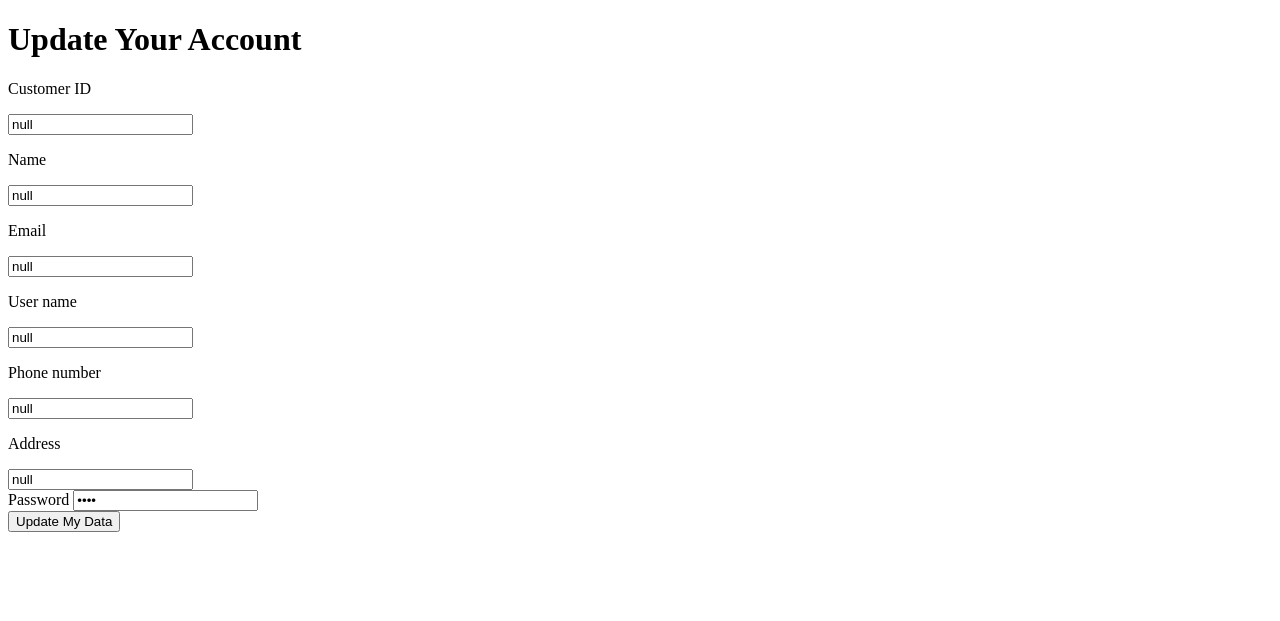
Repository: GamithaManawadu/RentJet-Online-Vehicle-Rental-System
Page: http://localhost/CustomerRegistration/updatecustomer.jsp
An editor plug-in stored every save of this project. The page is shown before and after the next save, followed by the edit.
The browser window is 1280 px wide. The pictures show the whole page.
The page is served by Tomcat 9.

Above is the page before, as saved 2020-05-12 12:21:29.

After the next save:
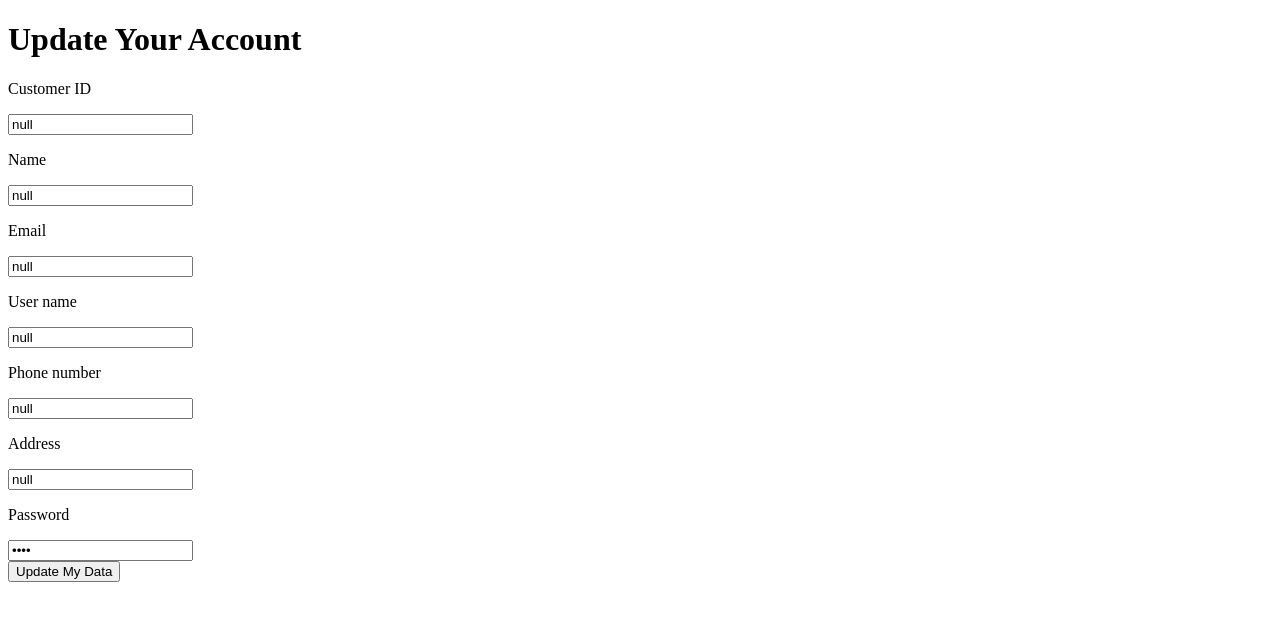
Saved 30 s later.
--- a/CustomerRegistration/WebContent/updatecustomer.jsp
+++ b/CustomerRegistration/WebContent/updatecustomer.jsp
@@ -39,7 +39,8 @@
 	<input type="text" name="phone" value="<%= phone %>"><br>
 	<p>Address</p>
 	<input type="text" name="address" value="<%= address %>"><br>
-	Password <input type="password" name="pass" value="<%= password %>"><br>
+	<p>Password</p>
+	<input type="password" name="pass" value="<%= password %>"><br>
 
 	<input type="submit" name="submit" value="Update My Data"><br>
 </form>
